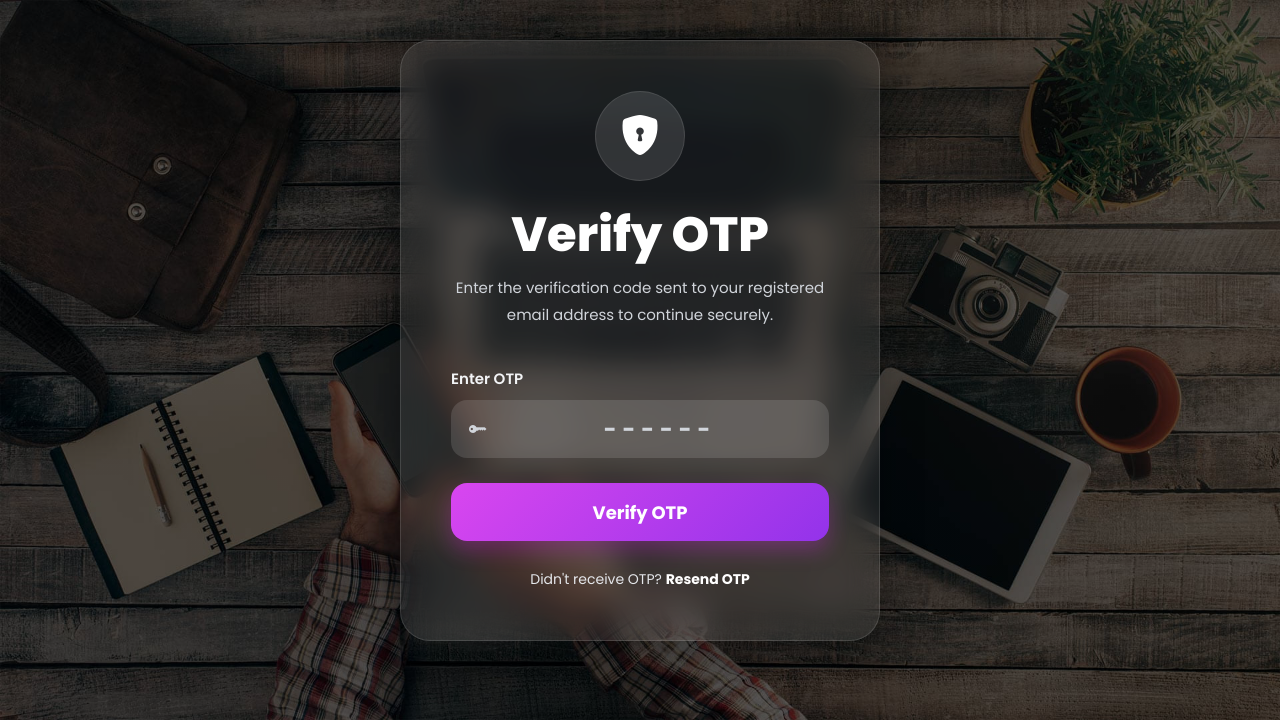
Repository: shiwamshete24-cmyk/eccomerce-laptop-website
Page: http://localhost/eccomerce_laptop_website/verify_otp.jsp
These files come from the project's save history. The page is drawn as it stood at one moment and after the next save; the edit follows.
The browser window is 1280 px wide. The pictures show the whole page.
The page is served by Tomcat 10.

Above is the page before, as saved 2026-05-27 17:13:10.

After the next save:
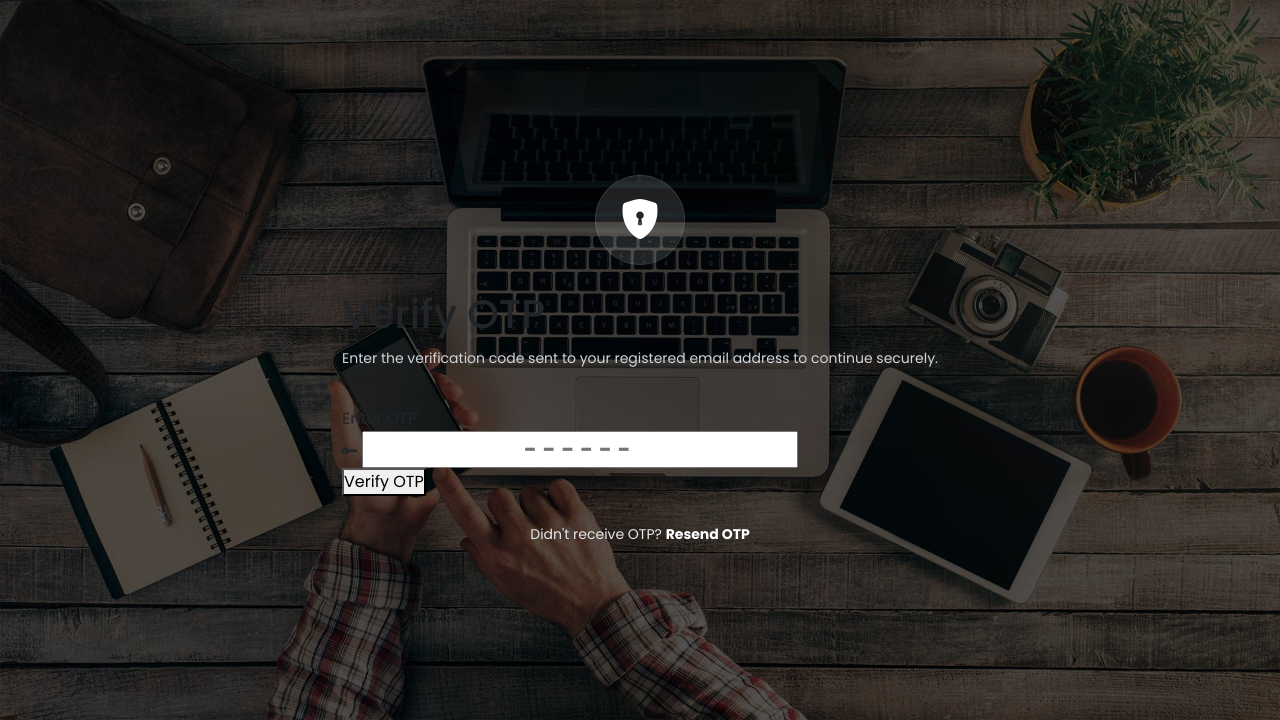
Saved 22 s later.
--- a/eccomerce laptop website/src/main/webapp/verify_otp.jsp
+++ b/eccomerce laptop website/src/main/webapp/verify_otp.jsp
@@ -36,7 +36,7 @@ href="https://cdn.jsdelivr.net/npm/bootstrap-icons@1.11.3/font/bootstrap-icons.c
 href="https://fonts.googleapis.com/css2?family=Poppins:wght@300;400;500;600;700;800&display=swap"
 rel="stylesheet">
 
-<link href="css/login.css" rel="stylesheet">
+<link href="css/verify_otp.css" rel="stylesheet">
 
 <style>
 
